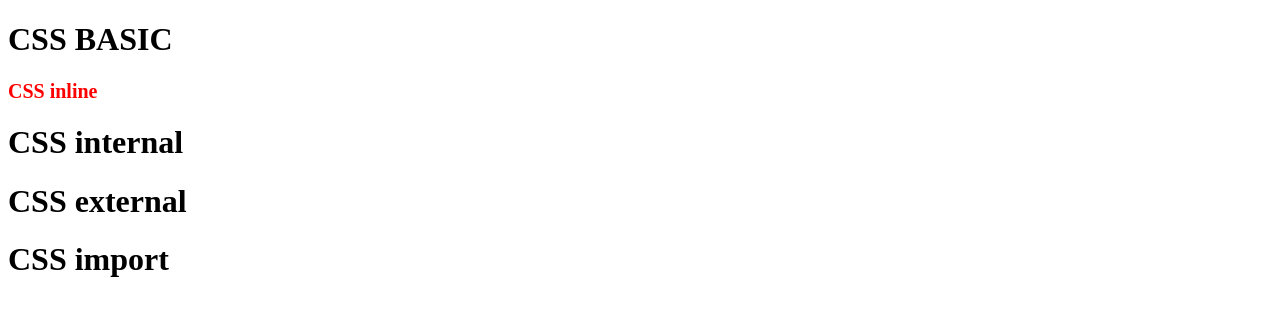
Repository: jelly02/workspace_web
Page: 04.css_basic/src/main/webapp/index.html
An editor plug-in stored every save of this project. The page is shown before and after the next save, followed by the edit.
The browser window is 1280 px wide. The pictures show the whole page.

Above is the page before, as saved 2021-06-28 01:10:52.

After the next save:
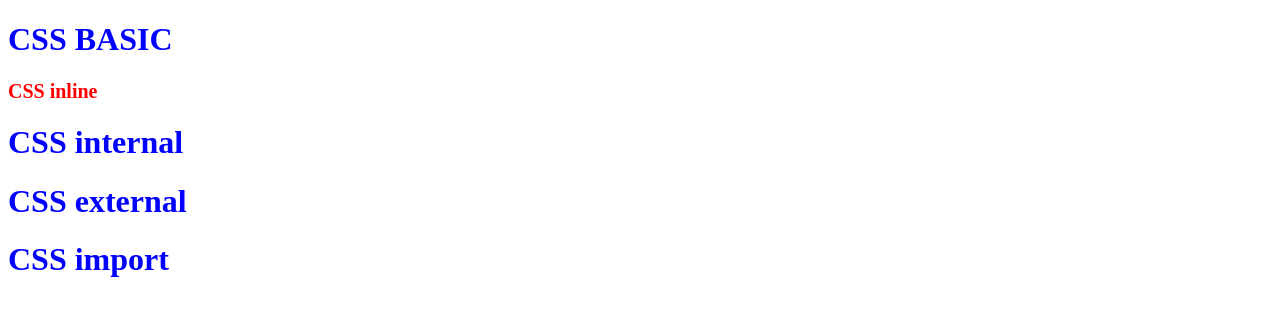
Saved 22 s later.
--- a/04.css_basic/src/main/webapp/index.html
+++ b/04.css_basic/src/main/webapp/index.html
@@ -7,6 +7,7 @@
 		<!-- css internal -->
 		<style type="text/css">
 
+		h1 {color : blue;'}
 
 
 		</style>
